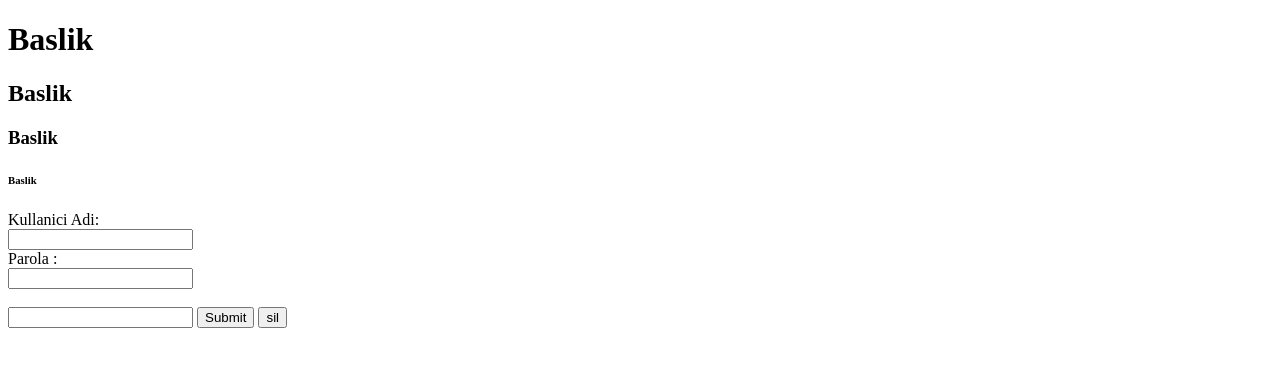
Repository: Kubraaygun/Html_Css_Login
Page: index.html
These files come from the project's save history. The page is drawn as it stood at one moment and after the next save; the edit follows.
The browser window is 1280 px wide. The pictures show the whole page.

Above is the page before, as saved 2025-03-02 20:11:06.

### index.html
<!DOCTYPE html>
<html lang="en">
  <head>
    <meta charset="UTF-8" />
    <meta name="viewport" content="width=device-width, initial-scale=1.0" />
    <title>HTML</title>
  </head>

  <body>
    <h1>Baslik</h1>
    <h2>Baslik</h2>
    <h3>Baslik</h3>
    <h6>Baslik</h6>

    <!-- <p>
      Lorem ipsum dolor sit amet, consectetur adipisicing elit. Aut obcaecati
      vitae ab dolore, magni repudiandae? Impedit earum maxime in mollitia
      aspernatur qui voluptates veritatis quis praesentium. Iusto nam corporis
      dolores.
    </p>
    <br />
    Merhaba Dunya <br />
    Merhaba Dunya
    <br />
    <b>Merhaba Dunya</b>
    <br />
    <strong>Merhaba Dunya</strong>

    <u>Alti Cizgili</u>
    <br />
    <del>UstuCizgili</del>
    <i>Italik</i>
    <em>Itali Vurgulu</em>
    <br />
    <br />
    H<sub>2</sub>0
    <br />
    <br />
    2<sup>2</sup> -->

    <form>
      Kullanici Adi: <br />
      <input required type="text" /><br />
      Parola :<br />
      <input type="password" />
      <br />
      <br />
      <input type="password" />
      <input type="submit" value="Submit" />

      <input type="reset" value="sil" />
    </form>
  </body>
</html>

After the next save:
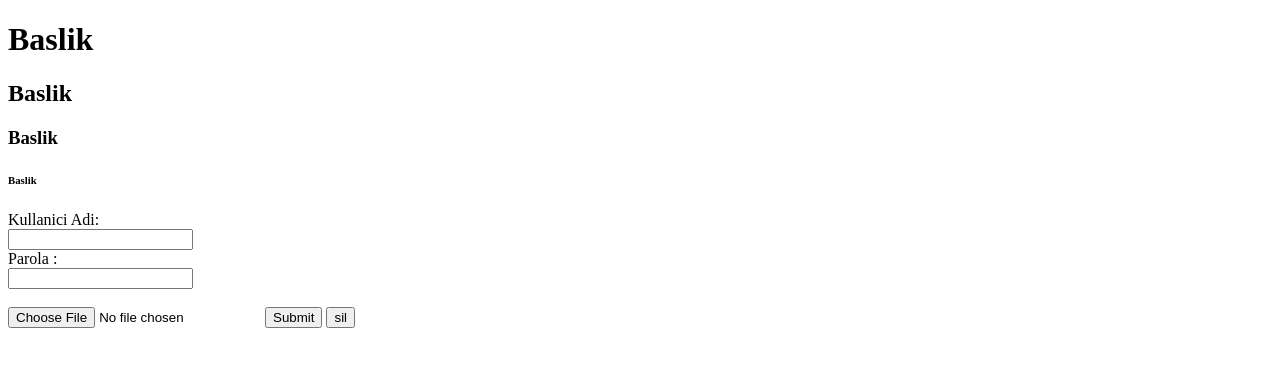
Saved 4 s later.
--- a/index.html
+++ b/index.html
@@ -45,7 +45,7 @@
       <input type="password" />
       <br />
       <br />
-      <input type="password" />
+      <input type="file" />
       <input type="submit" value="Submit" />
 
       <input type="reset" value="sil" />

After the save that followed:
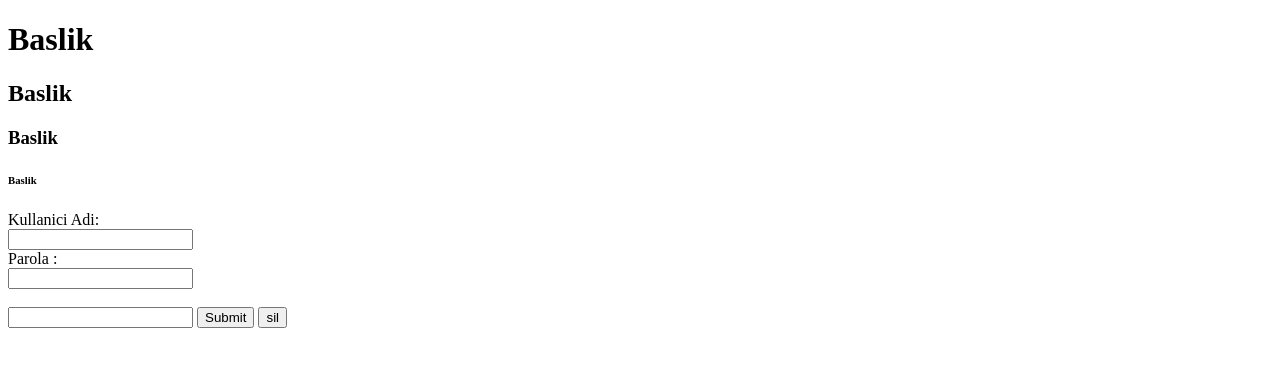
Saved 11 s later.
--- a/index.html
+++ b/index.html
@@ -45,7 +45,7 @@
       <input type="password" />
       <br />
       <br />
-      <input type="file" />
+      <input type="number" />
       <input type="submit" value="Submit" />
 
       <input type="reset" value="sil" />
